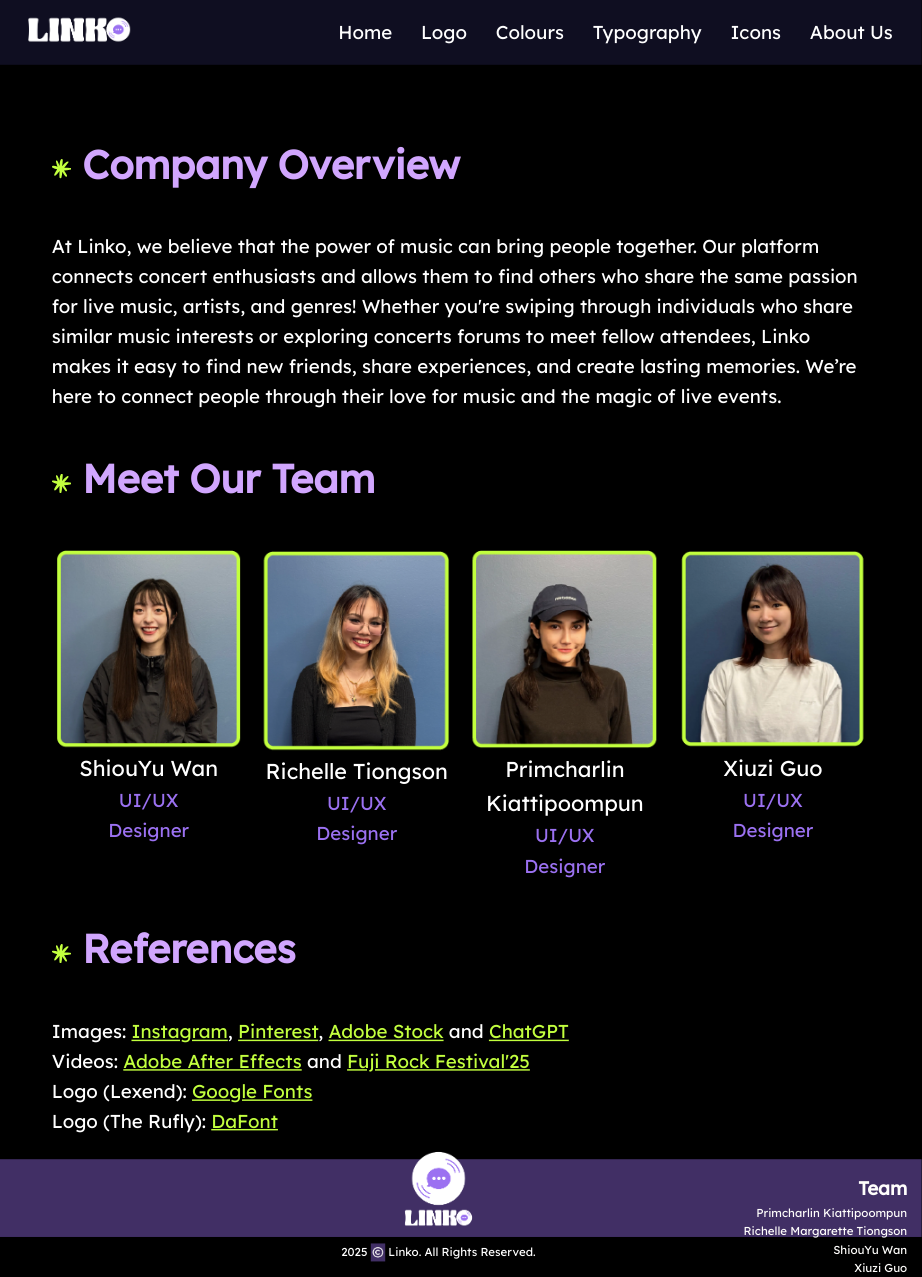
Repository: primcharlin/LINKO-A5Styleguide
Page: about.html
An editor plug-in stored every save of this project. The page is shown before and after the next save, followed by the edit.
The browser window is 1280 px wide. The pictures show the whole page, at 72% of full size.

Above is the page before, as saved 2025-04-10 21:44:06.

### about.html
<!DOCTYPE html>
<html lang="en">
<head>
    <meta charset="UTF-8">
    <meta name="viewport" content="width=device-width, initial-scale=1.0">
    <title>LINKO Style Guide</title>
    <link rel="stylesheet" href="styles.css">
    <link href="https://fonts.googleapis.com/css2?family=Lexend&display=swap" rel="stylesheet">

</head>
<body>
    <header>
        <div class="logo">
            <img src="img/linko-logo.png" alt="LINKO Logo">
        </div>

        <nav>
            <ul>
                <li><a href="index.html">Home</a></li>
                <li><a href="logo.html">Logo</a></li>
                <li><a href="colours.html">Colours</a></li>
                <li><a href="typography.html">Typography</a></li>
                <li><a href="icons.html">Icons</a></li>
                <li><a href="about.html">About Us</a></li>
            </ul>
        </nav>
    </header>
    <div class="nav-divider"></div>

    <main>
        <div class="company-overview__section">
            <h1><img src="img/star.svg"/> Company Overview</h1>
            <p>At Linko, we believe that the power of music can bring people together. Our platform connects concert enthusiasts and allows them to find others who share the same passion for live music, artists, and genres!  Whether you're swiping through individuals who share similar music interests or exploring concerts forums to meet fellow attendees, Linko makes it easy to find new friends, share experiences, and create lasting memories. We’re here to connect people through their love for music and the magic of live events.</p>
        </div>
        <div class="meetourteam__section">
            <h1><img src="img/star.svg"/> Meet Our Team</h1>
            <div class="team-images__section">
            <div class="image-swap">
                <img src="img/Bonnie.png" alt="original image" class="team-image__default" />
                <img src="img/Bonniec.png" alt="hover image" class="team-image__hover" />
                <p style="font-size: 30px;">ShiouYu Wan</p>
                <p style="font-style: bold; color: #9B71F1;">UI/UX</p>
                <p style="font-style: bold; color: #9B71F1;">Designer</p>
            </div>
            <div class="image-swap">
                <img src="img/Richelle.png" alt="original image" class="team-image__default" />
                <img src="img/Richellec.png" alt="hover image" class="team-image__hover" />
                <p style="font-size: 30px;">Richelle Tiongson</p>
                <p style="font-style: bold; color: #9B71F1;">UI/UX</p>
                <p style="font-style: bold; color: #9B71F1;">Designer</p>
            </div>
              <div class="image-swap">
                <img src="img/Beau.png" alt="original image" class="team-image__default" />
                <img src="img/Beauc.png" alt="hover image" class="team-image__hover" />
                <p style="font-size: 30px;">Primcharlin Kiattipoompun</p>
                <p style="font-style: bold; color: #9B71F1;">UI/UX</p>
                <p style="font-style: bold; color: #9B71F1;">Designer</p>
            </div>
              <div class="image-swap">
                <img src="img/Xiu.png" alt="original image" class="team-image__default" />
                <img src="img/Xiuc.png" alt="hover image" class="team-image__hover" />
                <p style="font-size: 30px;">Xiuzi Guo</p>
                <p style="font-style: bold; color: #9B71F1;">UI/UX</p>
                <p style="font-style: bold; color: #9B71F1;">Designer</p>
              </div>
            </div>
        </div>
        <div class="references__section">
            <h1><img src="img/star.svg"/> References</h1>
            <p>Images: <a href="https://www.instagram.com/" target="_blank">Instagram</a>, <a href="https://ca.pinterest.com/" target="_blank">Pinterest</a>, <a href="https://stock.adobe.com/ca/" target="_blank">Adobe Stock</a> and <a href="https://chatgpt.com/" target="_blank">ChatGPT</a></p>
            <p>Videos: <a href="https://www.adobe.com/ca/products/aftereffects.html" target="_blank">Adobe After Effects</a> and <a href="https://en.fujirockfestival.com/" target="_blank">Fuji Rock Festival'25</a></p>
            <p>Logo (Lexend): <a href="https://fonts.google.com/specimen/Lexend?query=lexend" target="_blank">Google Fonts</a></p>
            <p>Logo (The Rufly): <a href="https://www.dafont.com/the-rufly.font?text=SKYBOUND" target="_blank">DaFont</a></p>
        </div>
    </main>


    <footer>
        <section class="footer-section">
            <div class="footer-section__copyright">
                <img class="footer-section__copyright-linkologo" src="img/linko-logo-footer.png" alt="Linko Logo"/>
                <p class="footer-content__item" style="font-size: 16px;">2025  <img src="img/copyright.png" alt="Copyright Icon" style="width: 20px; height: auto; vertical-align: middle;" /> Linko. All Rights Reserved.</p>
            </div>
            <div class="footer-section__content">
                <h6 class="footer-section__heading" style="font-style: bold; font-size: 26px;">Team</h6>
                <p class="footer-content__item" style="font-size: 16px;">Primcharlin Kiattipoompun</p>
                <p class="footer-content__item" style="font-size: 16px;">Richelle Margarette Tiongson</p>
                <p class="footer-content__item" style="font-size: 16px;">ShiouYu Wan</p>
                <p class="footer-content__item" style="font-size: 16px;">Xiuzi Guo</p>
            </div>
            </section>
    </footer>
</body>
</html>

### styles.css
/* Reset styles */
* {
    margin: 0;
    padding: 0;
    box-sizing: border-box;
    font-family: 'Lexend', sans-serif;
}

/* Body styles */
html, body {
    background: black;

    background-size: auto;
    background-position: center;
    color: white;
    line-height: 1.6;
    height: 100%;
    display: flex;
    flex-direction: column;
    margin: 0;
    padding: 0;
}

h1 {
    font-size: 55px;
    color: #D1A6FE;
    margin: 30px 0px;
}

p{
    font-size:26px;
}

a{
    color: #C2FF3E;
    font-size: 26px;
}


.nav-divider {
    display: block;
    width: 100%;
    height: 6px;
    margin: 1rem 0;
    position: relative;
    z-index: 10; /* ให้สูงพอที่จะไม่ถูกบัง */

    /* ใช้สีตัดชัดเจนไว้ก่อน */
    background: linear-gradient(90deg, #C2FF3E, #FE4366, #9B71F1);
  }


body {
    display: flex;
    flex-direction: column;
    min-height: 100vh;
  }

  .mission-statement__section h1 {
    font-size: 55px;
    color: #D1A6FE;
    margin-bottom: 50px;
  }

  .center-wrapper {
    display: flex;
    justify-content: center;
    align-items: center;
    text-align: center;
  }

  .mission-statement__section  p {
    text-align: center;
    width: 1000px;
  }

  .moodboard__section-image {
    width: 150%;
    height: 150%;

  }

.moodboard__section h1 {
    font-size: 55px;
    color: #D1A6FE;
    margin-bottom: 50px;
}

.company-overview__section h1 {
    font-size: 55px;
    color: #D1A6FE;
    margin-bottom: 50px;
}

.meetourteam__section h1 {
    font-size: 55px;
    color: #D1A6FE;
    margin-bottom: 50px;
    margin-top: 50px;
}

.team-images__section {
    display: flex;
    justify-content: center;
    gap: 20px;
    width: 100%;
}

.image-swap {
    position: relative;
    width: 300px;
    display: flex;
    flex-direction: column;
    align-items: center;
    justify-self: center;
    text-align: center;
  }

  .image-swap img {
    width: 100%;
    display: block;
    transition: opacity 0.3s ease;
  }

  .image-swap .team-image__hover {
    position: absolute;
    top: 0;
    left: 0;
    opacity: 0;
  }

  .image-swap:hover .team-image__hover {
    opacity: 1;
  }

  .image-swap:hover .team-image__default {
    opacity: 0;
  }

  .references__section h1 {
    font-size: 1;
    color: #D1A6FE;
    margin-bottom: 50px;
    margin-top: 50px;
  }


main {
    max-width: 1200px;
    width: 100%;
    margin: 0 auto;
    padding: 2rem;
    flex: 1;
  }

.homepage-content__video {
    width: 100%;
    height: 100%;
  }

/* Header styles */
header {
    background-color: #0F0E21;
    color: white;
    padding: 1rem 2rem;
    display: flex;
    justify-content: space-between;
    align-items: center;
}




.logo img {
    height: 50px; /* Adjust based on your preference */
    width: auto; /* Maintains aspect ratio */
    max-width: 400px; /* Prevents logo from being too wide */
}

header h1 {
    font-size: 1.8rem;
}

header p {
    font-size: 0.9rem;
}

/* Navigation styles */
nav {
    display: flex;
    align-items: center;
}

nav ul {
    display: flex;
    list-style: none;
    gap: 1.5rem;
}

nav a {
    color: white;
    text-decoration: none;
    font-weight: 500;
    transition: color 0.3s;
    padding: 0.5rem;
}

nav a:hover {
    color: #D1A6FE;
}




.btn {
    display: inline-block;
    background-color: white;
    color: #3498db;
    padding: 0.8rem 2rem;
    border-radius: 50px;
    text-decoration: none;
    font-weight: 600;
    transition: background-color 0.3s, transform 0.3s;
}

.btn:hover {
    background-color: #f5f5f5;
    transform: scale(1.05);
}

/* Footer styles */

.footer-section {
    height: 15vh;
    width: 100vw;
    background-color: #412F65;
    padding: 20px;
    display: flex;
}

.footer-section__content {
    display: flex;
    flex-direction: column;
    margin: 5px 5x;
    text-align: right;
    font-size: 16px;
    color: #FFFEFC;
    flex: 1;
}

.footer-section__copyright {
    flex: 1;
    display: flex;
    justify-content: center;
    align-items: center;
}

.footer-section__copyright-linkologo {
    width: 150px;
    height: auto;
}

.footer-section__copyright {
    display: flex;
    flex-direction: column;
    margin-left: 30%;
}

/* Responsive styles */
@media (max-width: 900px) {
    header {
        flex-direction: column;
        padding: 1rem;
        text-align: center;
    }

    .logo {
        margin-bottom: 1rem;
    }

    nav ul {
        flex-wrap: wrap;
        justify-content: center;
        gap: 1rem 1.5rem;
    }
}

@media (max-width: 600px) {
    .features {
        flex-direction: column;
    }
}





/*---------------Logo-----------------*/
.logo-section {
    max-width: 1200px;
    height: auto;
    align-items: center;

}
.section-divider {
        background: #C2FF3E;
        width: 1136px;
        height: 1px;
        margin: 2rem 0;
}

.logosection-img {
        max-width: 100%;
        height: auto;
        display: block;
        margin: 2rem auto;
        border-radius: 8px;
}




/*-----------------End of logo section--------*/










/*-----------------Colour section-xiuzi---------------*/
.colourpage {
  max-width: 1200px;
  height: auto;
  align-items: center;
  }

.p-green {
    font-size:26px;
    color: #c2ff3e ;
}
.p-pink {
    font-size:26px;
    color: #fe4366 ;
}
.p-purple {
    font-size:26px;
    color: #9B71F1 ;
}


  .PrimaryColours {
  display: flex;
  flex-direction: row;
  justify-content: center;
  gap: 2rem;
  flex-wrap: wrap;
  padding: 1rem 0;
  }
  .color-block {
  text-align: center;
  }
  .colour-label {
  color: #FFF;
  font-family: Lexend;
  font-size: 16px;
  font-style: normal;
  font-weight: 700;
  line-height: 20px;
  }
  .primary-colour-label {
  margin-top: 0.5rem;
  font-weight: bold;
  font-size: 1.1rem;
  }
  .primary-colour-label span {
  font-size: 1rem;
  display: block;
  }

  .Gradientssection {
  max-width: 710px;
  margin: 0 auto;
  display: flex;
  justify-content: center;
  gap: 40px;
  }
  .gradient-block {
  text-align: center;
  }
  .color-example {
  max-width: 995px;
  display: block;
  margin: 2rem auto;
  border-radius: 10px;
  }
  .button-container {
  width: 904px;
  margin: 30px auto;
  display: flex;
  flex-wrap: wrap;
  }
  .button-container img {
  width: 383px;
  height: 150px;
  margin-bottom: 75px;
  }
  .button-container img:nth-child(odd) {
  margin-right: 136px;
  }
  /*-----------------end of colour section--------*/



  /*---------------Typography-----------------*/
.typography-green{
  color:C2FF3E
}

/*---------------End of Typography-----------------*/

After the next save:
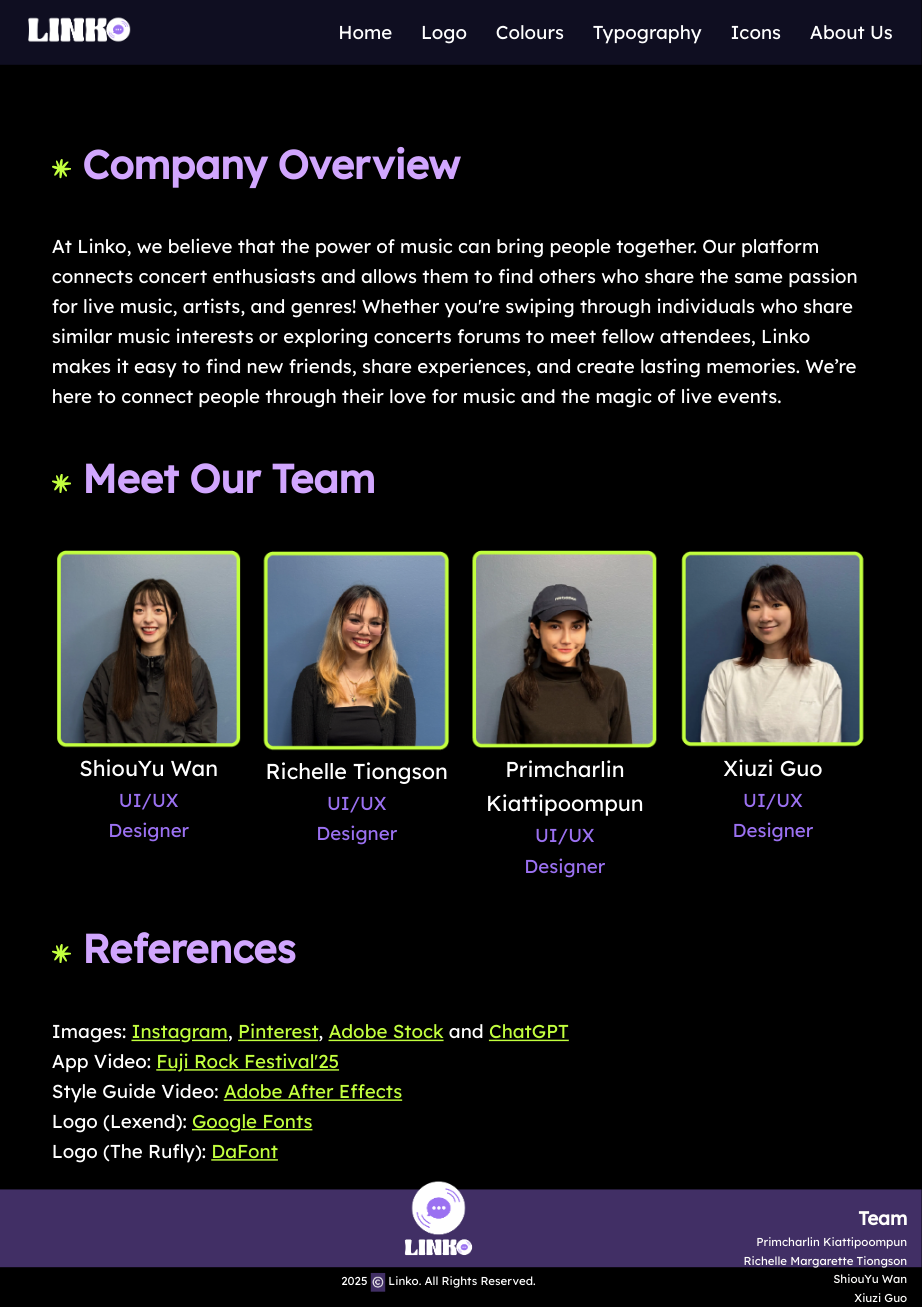
Saved 55 s later.
--- a/about.html
+++ b/about.html
@@ -68,9 +68,11 @@
         <div class="references__section">
             <h1><img src="img/star.svg"/> References</h1>
             <p>Images: <a href="https://www.instagram.com/" target="_blank">Instagram</a>, <a href="https://ca.pinterest.com/" target="_blank">Pinterest</a>, <a href="https://stock.adobe.com/ca/" target="_blank">Adobe Stock</a> and <a href="https://chatgpt.com/" target="_blank">ChatGPT</a></p>
-            <p>Videos: <a href="https://www.adobe.com/ca/products/aftereffects.html" target="_blank">Adobe After Effects</a> and <a href="https://en.fujirockfestival.com/" target="_blank">Fuji Rock Festival'25</a></p>
+            <p>App Video: <a href="https://en.fujirockfestival.com/" target="_blank">Fuji Rock Festival'25</a></p>
+            <p>Style Guide Video: <a href="https://www.adobe.com/ca/products/aftereffects.html" target="_blank">Adobe After Effects</a></p>
             <p>Logo (Lexend): <a href="https://fonts.google.com/specimen/Lexend?query=lexend" target="_blank">Google Fonts</a></p>
             <p>Logo (The Rufly): <a href="https://www.dafont.com/the-rufly.font?text=SKYBOUND" target="_blank">DaFont</a></p>
+
         </div>
     </main>
 
